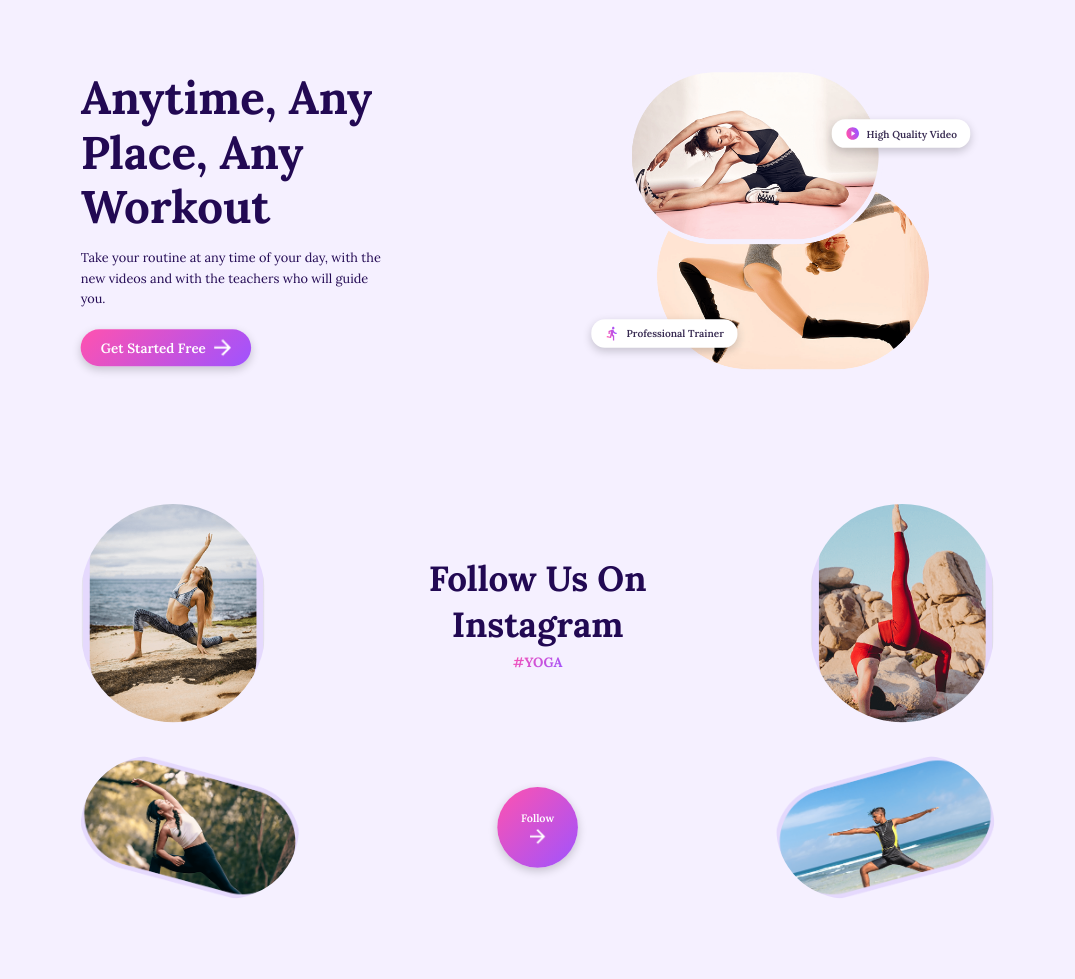
Repository: EunsuhJeon/responsive-yoga-website
Page: index.html
An editor plug-in stored every save of this project. The page is shown before and after the next save, followed by the edit.
The browser window is 1280 px wide. The pictures show the whole page, at 84% of full size.

Above is the page before, as saved 2025-11-26 00:37:32.

### index.html
<!DOCTYPE html>
<html lang="en">
<head>
    <meta charset="UTF-8">
    <meta name="viewport" content="width=device-width, initial-scale=1.0">
    <title>Yoga website</title>
    <link rel="stylesheet" href="./main.css">
    <link rel="preconnect" href="https://fonts.googleapis.com">
    <link rel="preconnect" href="https://fonts.gstatic.com" crossorigin>
    <link href="https://fonts.googleapis.com/css2?family=Lora:ital,wght@0,400..700;1,400..700&display=swap" rel="stylesheet">
</head>
<body>
    <header>

    </header>
    <main>
        <!-- Jade - start -->

        <!-- Jade - end -->


        <!-- Andrea - start -->
        <section class="section-4-place">
            <div class="section-4-place-content">
                <h1 class="section-4-title">
                    Anytime, Any<br>
                    Place, Any<br>
                    Workout
                </h1>
                <p class="section-4-text">
                    Take your routine at any time of your day, with the new
                    videos and with the teachers who will guide you.
                </p>
                <button class="btn btn-primary">
                    Get Started Free
                    <img
                        class="btn-icon"
                        src="./assets/icons/p2-s1-button-pink-Arrow.png"
                        alt="Arrow icon">
                </button>
            </div>

            <div class="section-4-place-media">
                <div class="section-4-place-images">
                    <img
                        class="section-4-place-img section-4-place-img-top"
                        src="./assets/images/b2-s1-routine-yoga-1.png"
                        alt="Yoga routine 1">
                    <img
                        class="section-4-place-img section-4-place-img-bottom"
                        src="./assets/images/b2-s1-routine-yoga-2.png"
                        alt="Yoga routine 2">
                </div>

                <button class="pill-btn pill-btn-top">
                    <img
                        class="pill-icon"
                        src="./assets/icons/p2-s1-button-white-ri_play.svg"
                        alt="Play icon">
                    High Quality Video
                </button>

                <button class="pill-btn pill-btn-bottom">
                    <img
                        class="pill-icon"
                        src="./assets/icons/p2-s1-button-white-person.svg"
                        alt="Person icon">
                    Professional Trainer
                </button>
            </div>
        </section>

        <!-- Seccion 5 - Follow -->
        <section class="seccion-5-follow">

        <!-- fila superior -->
        <div class="seccion-5-top">
            <img
            class="seccion-5-img seccion-5-img-tl"
            src="./assets/images/b2-s2-follow-yoga-1.png"
            alt="Yoga pose top-left">

            <div class="seccion-5-text">
            <h2 class="seccion-5-title">
                Follow Us On<br>Instagram
            </h2>
            <p class="seccion-5-hashtag">
                <span class="gradient-text">#YOGA</span>
            </p>
            </div>

            <img
            class="seccion-5-img seccion-5-img-tr"
            src="./assets/images/b2-s2-follow-yoga-2.png"
            alt="Yoga pose top-right">
        </div>

        <!-- fila inferior -->
        <div class="seccion-5-bottom">

            <img
            class="seccion-5-img seccion-5-img-bl"
            src="./assets/images/b2-s2-follow-yoga-3.png"
            alt="Yoga pose bottom-left">

            <button class="btn btn-circle">
            <span>Follow</span>
            <img
                class="btn-icon"
                src="./assets/icons/p2-s1-button-pink-Arrow.png"
                alt="Arrow icon">
            </button>

            <img
            class="seccion-5-img seccion-5-img-br"
            src="./assets/images/b2-s2-follow-yoga-4.png"
            alt="Yoga pose bottom-right">
        </div>
        </section>


    <!-- Andrea - end -->
    </main>
    <footer>

    </footer>
</body>
</html>

### main.css
*{
    box-sizing: border-box;
    margin: 0;
    padding: 0;
    font-family: "Lora", serif;
    font-optical-sizing: auto;
    font-style: normal;
}

body{
    width: 100%;
    height: 100%;
}

:root {
  --btn-gradient: linear-gradient(135deg, #FF52AF, #9F53FF);
  --btn-text: #fff;
  --btn-radius: 64px;
  --btn-padding: 12px 24px;
  --btn-shadow: 0 4px 12px rgba(0, 0, 0, 0.20);
}

button,
.btn {
  background: var(--btn-gradient);
  color: var(--btn-text);
  padding: var(--btn-padding);
  border: none;
  border-radius: var(--btn-radius);
  box-shadow: var(--btn-shadow);

  font-size: 16px;
  font-weight: 600;
  cursor: pointer;
  transition: transform 0.2s ease, opacity 0.2s ease;
}

/* Hover */
button:hover,
.btn:hover {
  transform: translateY(-2px);
  opacity: 0.9;
}

/* Active (cuando se hace click) */
button:active,
.btn:active {
  transform: translateY(0);
  opacity: 0.75;
}

@media (prefers-color-scheme: light) {
  body {
    background: #F5F0FF;
    color: #220953;
  }
}

@media (prefers-color-scheme: dark) {
  body {
    background: #14092A;
    color: #D1C0F1;
  }

    /* Andrea: Section-4 pill buttons cambian a #372A51 en oscuro */
  .pill-btn {
    background: #372A51;
    color: #F5F0FF;
  }
}



/* jade - start */

/* jade - end */



/* Andrea - start */

/* ---------- Section 4 - Place ---------- */
/* ----------TIPOGRAFÍA / TEXTOS---------- */

.section-4-title {
  font-size: clamp(2.4rem, 3vw + 1.2rem, 3.4rem);
  line-height: 1.2;
  margin-bottom: 16px;
}

.section-4-text {
  font-size: 0.95rem;
  line-height: 1.6;
  max-width: 360px;
  margin-bottom: 24px;
}

/* botón principal dentro de la sección */
.btn-primary {
  display: inline-flex;
  align-items: center;
  gap: 10px;
}

.btn-icon {
  width: 20px;
  height: 20px;
}

/* ---------- SECTION-4-PLACE ---------- */

.section-4-place {
  max-width: 1120px;
  margin: 0 auto;
  padding: 80px 16px;
  display: flex;
  align-items: center;
  justify-content: space-between;
  gap: 56px;
}

.section-4-place-content {
  flex: 1;
}

.section-4-place-media {
  flex: 1;
  position: relative;
  display: flex;
  justify-content: center;
}

.section-4-place-images {
  position: relative;
  width: 360px;
  height: 360px;
}

.section-4-place-img {
  width: 100%;
  height: auto;
  border-radius: 192px;
  object-fit: cover;
}

.section-4-place-img-top {
  position: absolute;
  top: 0;
  left: 0%;
  width: 85%;
  z-index: 2;
}

.section-4-place-img-bottom {
  position: absolute;
  bottom: 0;
  right: 0%;
  width: 90%;
  z-index: 1;
}

/* ---------- BOTONES BLANCOS (PILLS) ---------- */

.pill-btn {
  position: absolute;
  display: inline-flex;
  align-items: center;
  gap: 8px;
  padding: 8px 16px;
  border-radius: 16px;
  background: #ffffff;
  color: #372A51;
  font-size: 0.75rem;
  font-weight: 600;
  box-shadow: var(--btn-shadow);
  border: none;
  z-index: 10;
}

.pill-icon {
  width: 18px;
  height: 18px;
}

.pill-btn-top {
  top: 22%;
  right: 12%;
  transform: translate(20%, -50%);
}

.pill-btn-bottom {
  bottom: 12%;
  left: 12%;
  transform: translate(-15%, 50%);
}


/* ---------- RESPONSIVE ---------- */

@media (max-width: 768px) {
  .section-4-place {
    flex-direction: column;
    text-align: center;
    padding-top: 48px;
  }

  .section-4-place-content {
    order: 1;
  }

  .section-4-place-text {
    margin-left: auto;
    margin-right: auto;
  }

  .section-4-place-media {
    order: 2;
    width: 100%;
  }

  .section-4-place-images {
    width: 280px;
    height: 280px;
  }

  .pill-btn-top {
    top: 12%;
    right: 8%;
    transform: translate(0, -50%);
  }

  .pill-btn-bottom {
    bottom: 6%;
    left: 20%;
    transform: translate(0, 50%);
  }
}

/* -------- Seccion 5 - Follow -------- */

.seccion-5-follow {
  max-width: 1120px;
  margin: 0 auto;
  padding: 80px 16px 96px;
}

/* Filas superior e inferior */
.seccion-5-top,
.seccion-5-bottom {
  display: flex;
  align-items: center;
  justify-content: space-between;
  gap: 32px;
}

.seccion-5-top {
  margin-bottom: 40px;
}

/* Texto del centro */
.seccion-5-text {
  text-align: center;
}

.seccion-5-title {
  font-size: clamp(2rem, 2.4vw + 1rem, 2.6rem);
  line-height: 1.3;
  margin-bottom: 8px;
}

.seccion-5-hashtag {
  font-size: 1rem;
}

/* Hashtag #YOGA con gradiente */
.gradient-text {
  background: var(--btn-gradient);
  -webkit-background-clip: text;
  background-clip: text;
  color: transparent;
  font-weight: 700;
}

/* Estilo base para todas las imágenes */
.seccion-5-img {
  object-fit: cover;
  border-radius: 120px;
  background: transparent;
}

/* Imágenes superiores (verticales) */
.seccion-5-img-tl,
.seccion-5-img-tr {
  width: 220px;
  height: 260px;
}

/* Imágenes inferiores (apaisadas, ya rotadas en el archivo) */
.seccion-5-img-bl,
.seccion-5-img-br {
  width: 260px;
  height: 170px;
  /* no transform */
}

/* Botón circular central */
.btn-circle {
  width: 96px;
  height: 96px;
  padding: 0;
  border-radius: 64px;
  display: flex;
  flex-direction: column;
  align-items: center;
  justify-content: center;
  gap: 4px;
  font-size: 0.8rem;
}

.btn-circle .btn-icon {
  width: 18px;
  height: 18px;
}

/* -------- Responsive -------- */

@media (max-width: 768px) {
  .seccion-5-follow {
    padding-top: 48px;
  }

  .seccion-5-top,
  .seccion-5-bottom {
    flex-direction: column;
    gap: 24px;
  }

  .seccion-5-text {
    order: 1;
  }

  .seccion-5-img-tl {
    order: 0;
  }

  .seccion-5-img-tr {
    order: 2;
  }
}



/* Andrea - end */

After the next save:
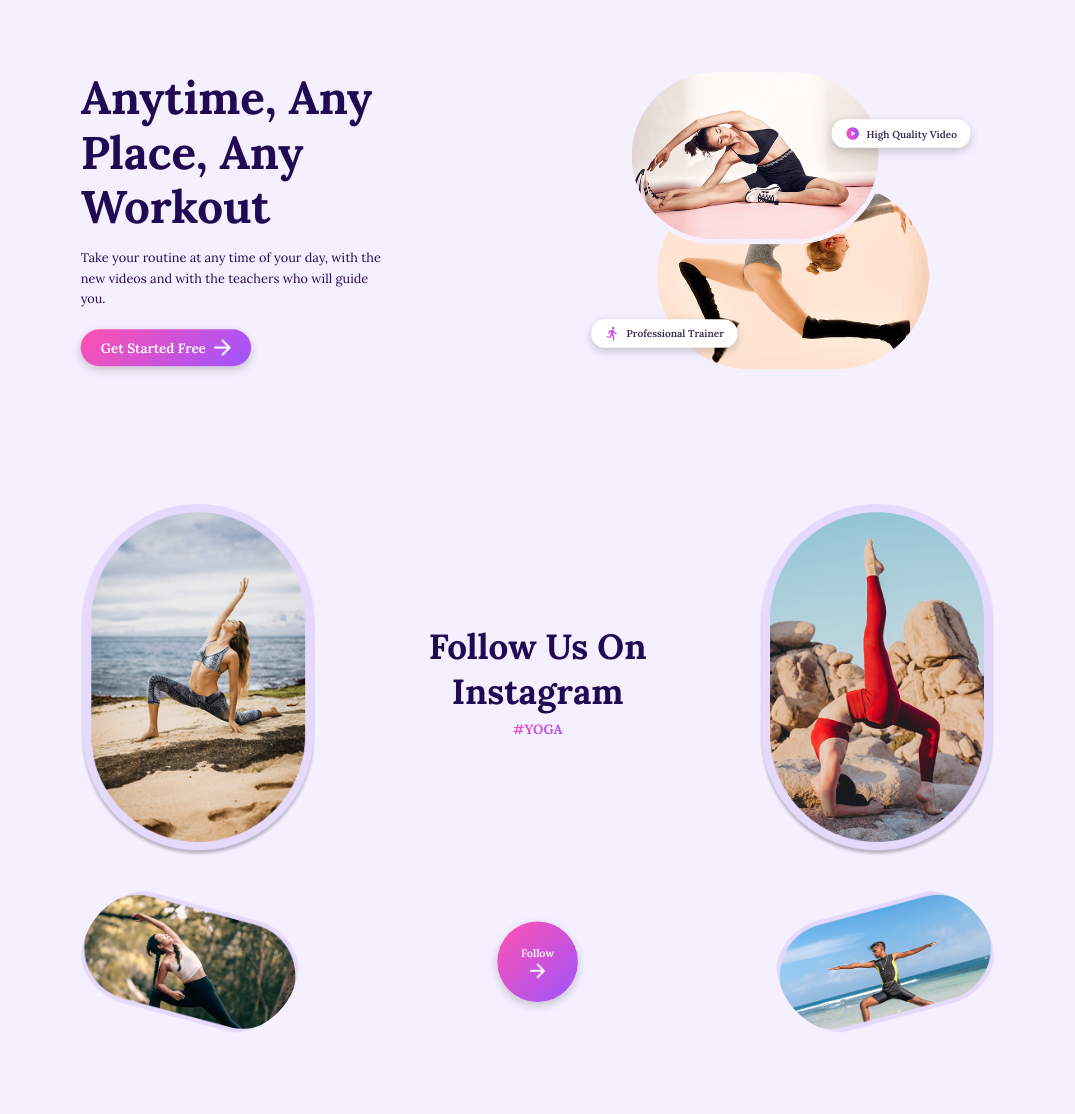
Saved 3 min 26 s later.
--- a/main.css
+++ b/main.css
@@ -291,8 +291,8 @@ button:active,
 /* Imágenes superiores (verticales) */
 .seccion-5-img-tl,
 .seccion-5-img-tr {
-  width: 220px;
-  height: 260px;
+  width: 280px;
+  height: 420px;
 }
 
 /* Imágenes inferiores (apaisadas, ya rotadas en el archivo) */
